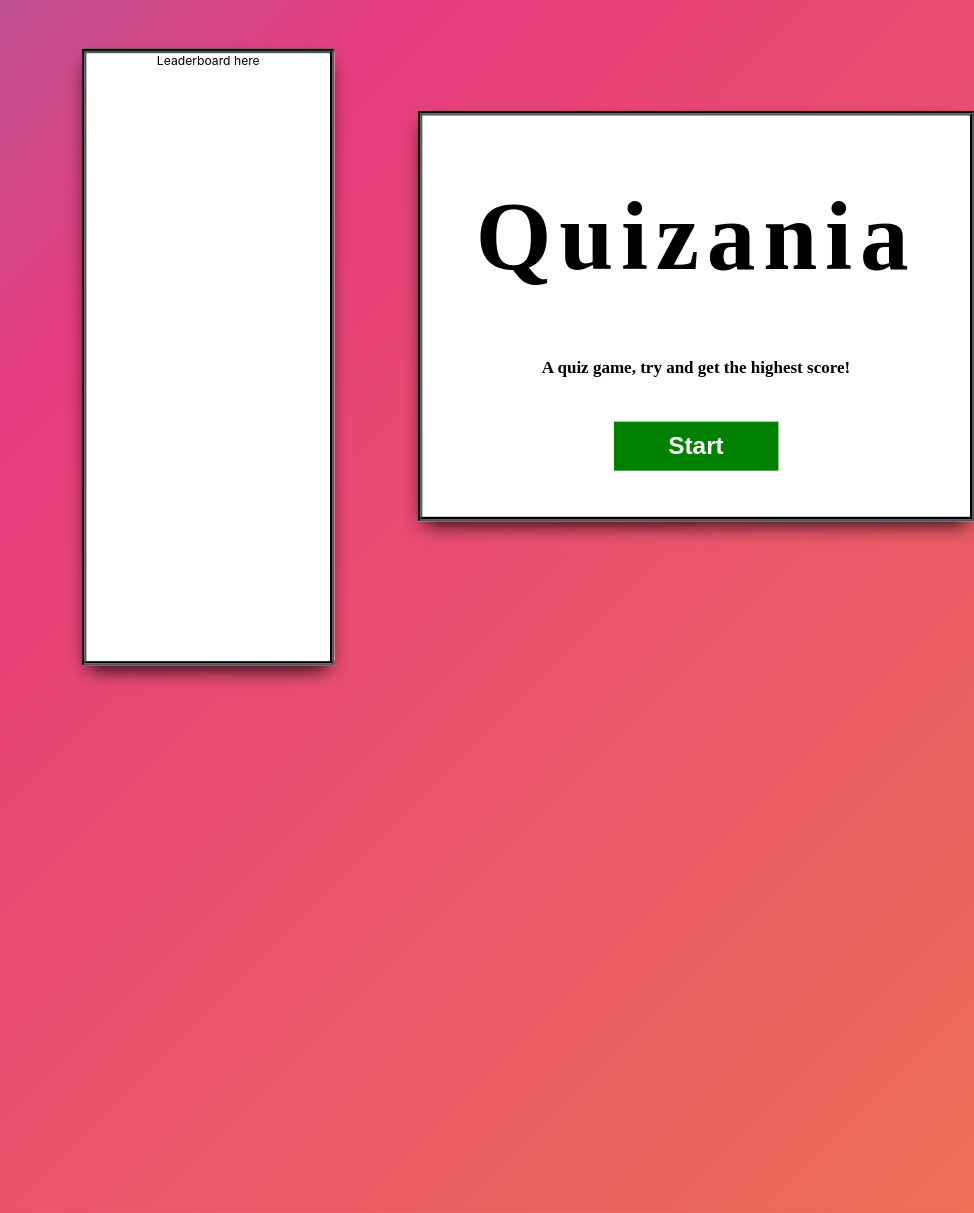
Repository: PatrickTheCodeGuy/QuizApp
Page: / (app in quizapp/)
An editor plug-in stored every save of this project. The page is shown before and after the next save, followed by the edit.
The browser window is 1280 px wide. The page is 1282 px wide, so the pictures cover 1282 px, including what lies to the right of the window. The pictures show the whole page, at 76% of full size.
The project was rebuilt for these pictures with package versions that can differ from the ones it lists, and the page was loaded fresh each time.

Above is the page before, as saved 2021-07-08 14:52:06.

After the next save:
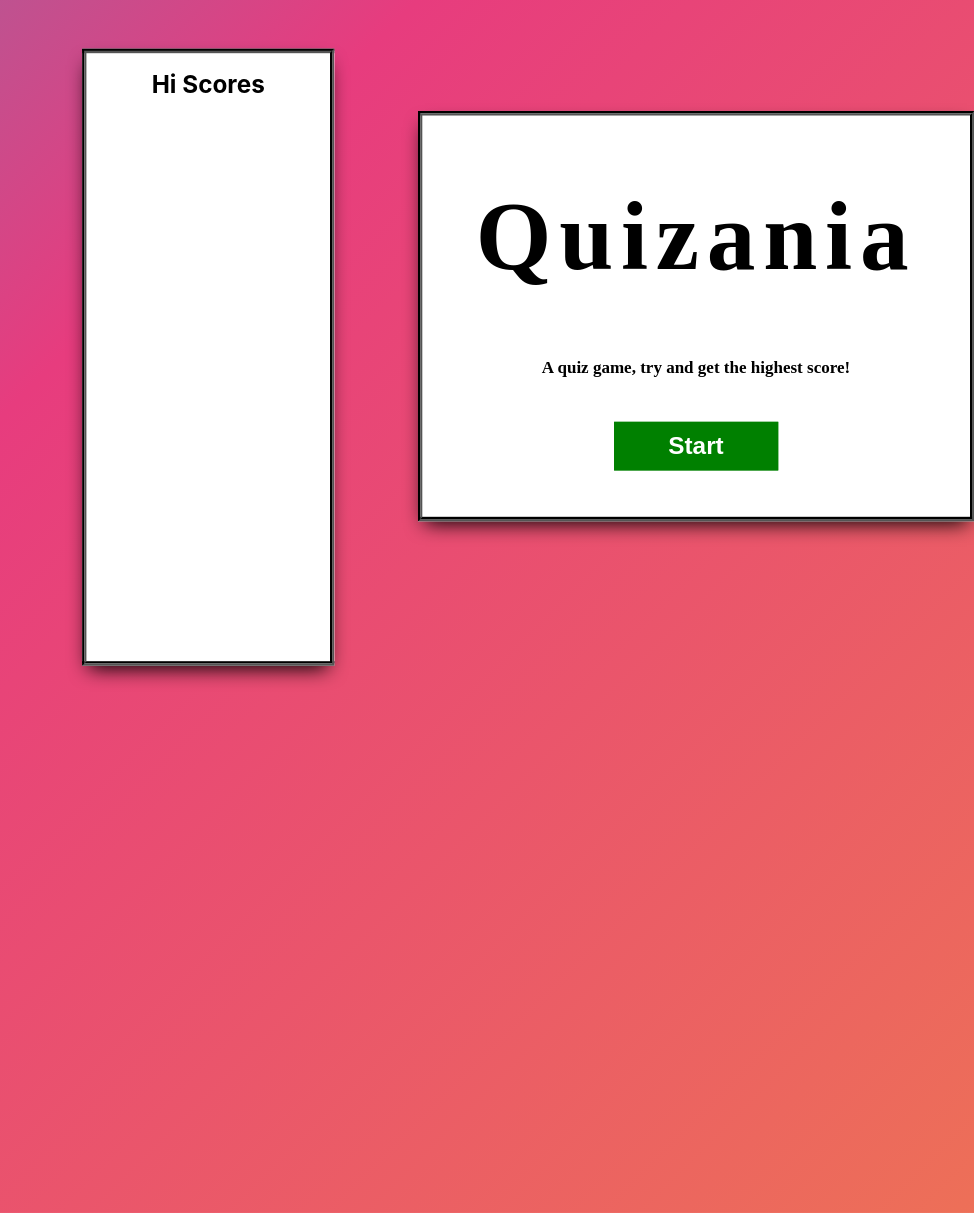
Saved 113 s later.
--- a/quizapp/src/components/Leaderboard/Leaderboard.js
+++ b/quizapp/src/components/Leaderboard/Leaderboard.js
@@ -9,7 +9,9 @@ class Leaderboard extends React.Component {
 
     render(){
         return (
-            <div>Leaderboard here</div>
+            <div>
+                <h1> Hi Scores</h1>
+            </div>
         )
     }
 }
